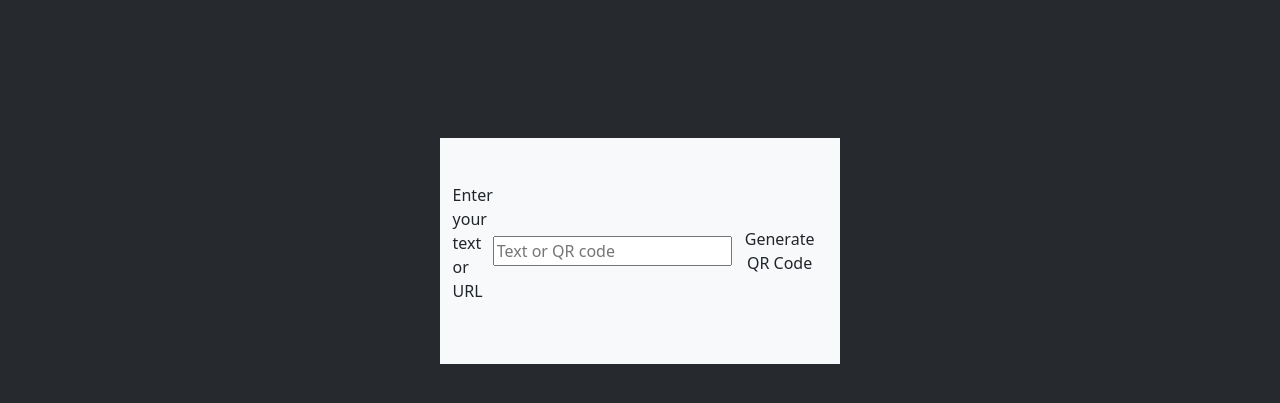
Repository: zeinawady/Qr-Code-Generator-App
Page: index.html
These files come from the project's save history. The page is drawn as it stood at one moment and after the next save; the edit follows.
The browser window is 1280 px wide. The pictures show the whole page.

Above is the page before, as saved 2024-10-30 00:27:38.

After the next save:
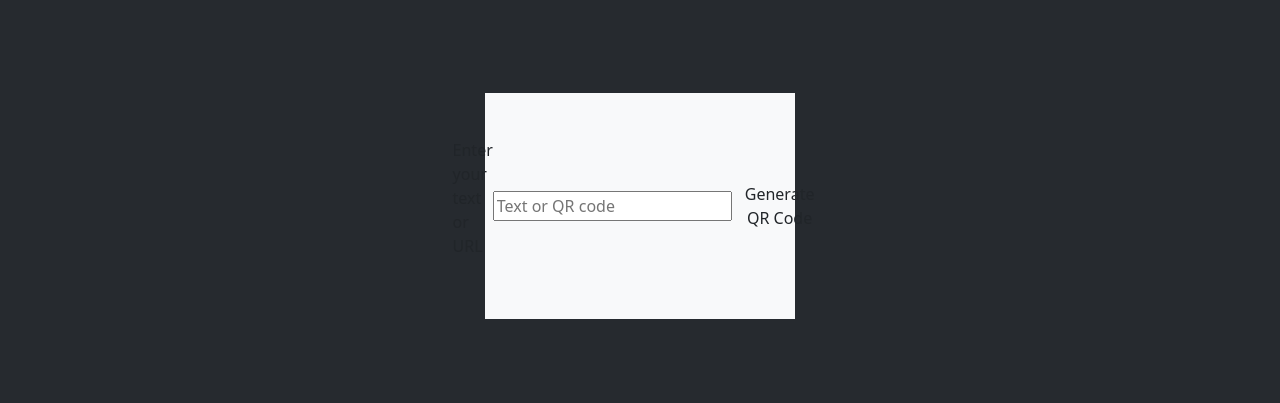
Saved 4 s later.
--- a/index.html
+++ b/index.html
@@ -9,13 +9,13 @@
     <link rel="stylesheet" href="css/style.css">
 </head>
 <body>
-    <div class="container"></div>
+    <div class="container">
    <div class="container d-flex justify-content-center align-items-center bg-light mt-5">
 <p>Enter your text or URL</p>
 <input type="text" placeholder="Text or QR code">
 <button class="btn">Generate QR Code</button>
    </div>
-
+</div>
 
     <script src="js/bootstrap.bundle.min.js"></script>
     <script src="js/bootstrap.bundle.min.js.map"></script>
